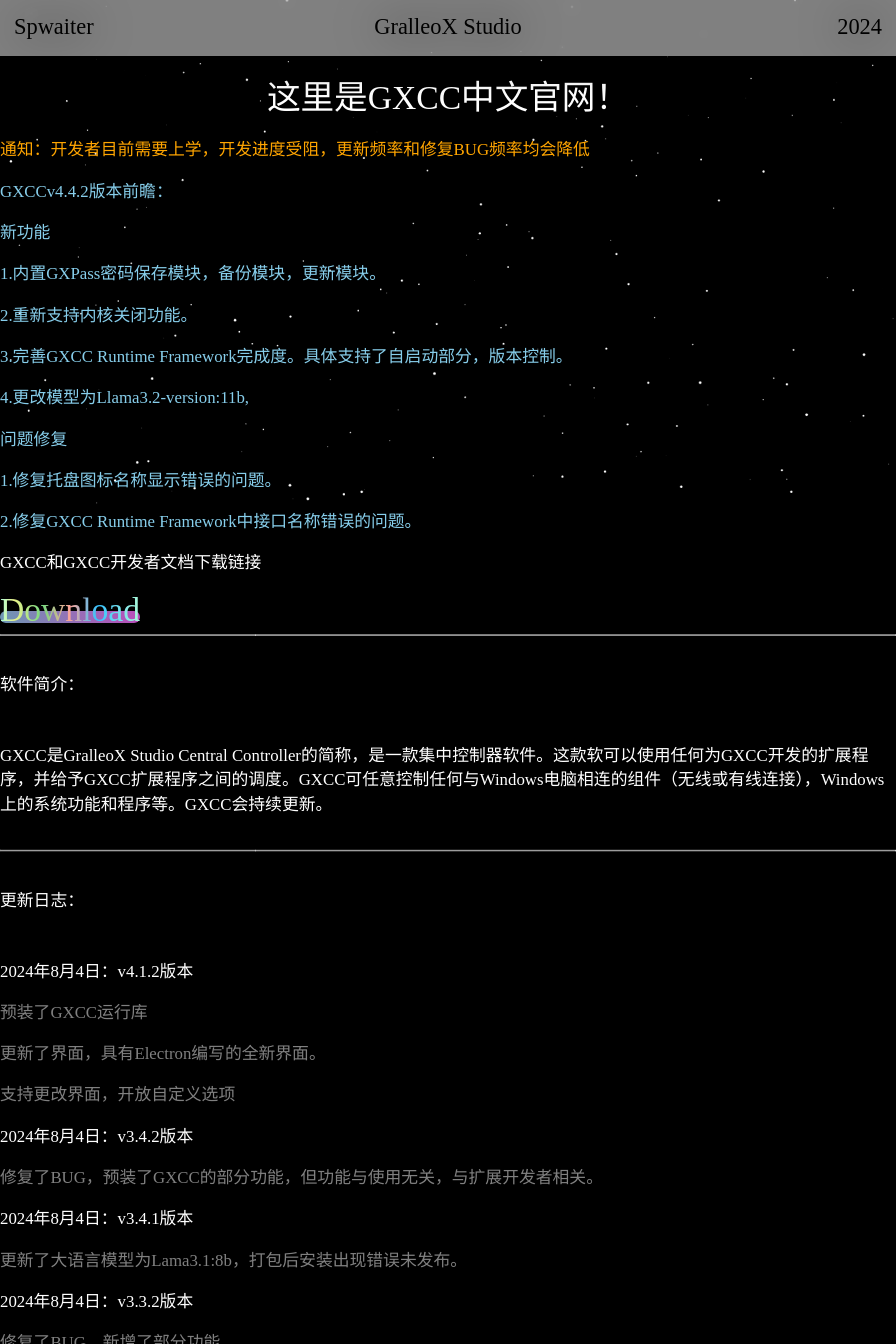
Repository: Lisu-Liso/GXCC
Page: index.html
An editor plug-in stored every save of this project. The page is shown before and after a run of saves, followed by the edit.
The browser window is 1280 px wide. The pictures show the part of the page from y = 0 to 1920 px (the page is 4658 px tall), at 70% of full size.

Above is the page before, as saved 2024-11-10 09:49:24.

After the next 2 saves:
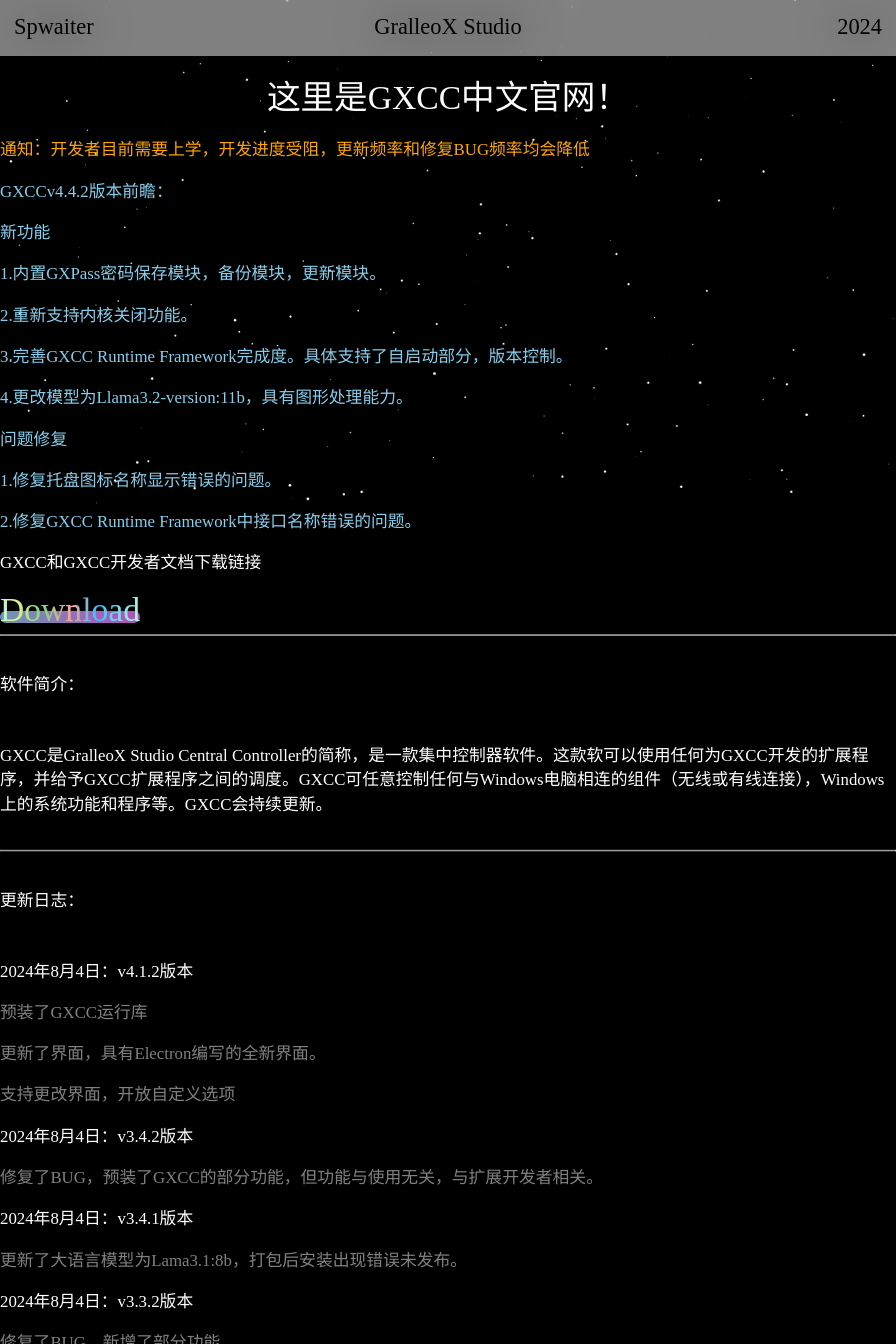
The 2 saves are shown as one change because they came seconds apart.
The last was saved 8 s later.
--- a/index.html
+++ b/index.html
@@ -348,7 +348,7 @@
         <p class="normaltext" style="color: skyblue;">1.内置GXPass密码保存模块，备份模块，更新模块。</p>
         <p class="normaltext" style="color: skyblue;">2.重新支持内核关闭功能。</p>
         <p class="normaltext" style="color: skyblue;">3.完善GXCC Runtime Framework完成度。具体支持了自启动部分，版本控制。</p>
-        <p class="normaltext" style="color: skyblue;">4.更改模型为Llama3.2-version:11b,</p>
+        <p class="normaltext" style="color: skyblue;">4.更改模型为Llama3.2-version:11b，具有图形处理能力。</p>
         <p class="normaltext" style="color: skyblue;">问题修复</p>
         <p class="normaltext" style="color: skyblue;">1.修复托盘图标名称显示错误的问题。</p>
         <p class="normaltext" style="color: skyblue;">2.修复GXCC Runtime Framework中接口名称错误的问题。</p>
